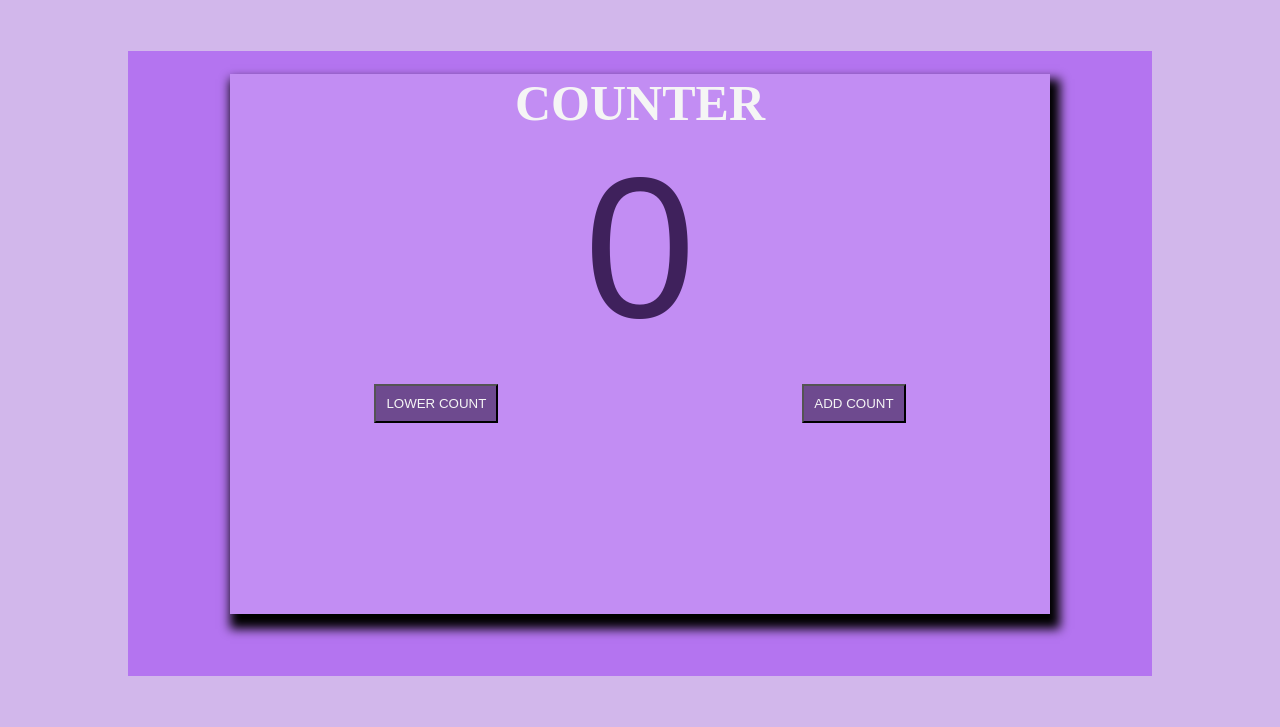
Repository: AnahitKhechumyan/Counter
Page: index.html
An editor plug-in stored every save of this project. The page is shown before and after the next save, followed by the edit.
The browser window is 1280 px wide. The pictures show the whole page.

Above is the page before, as saved 2022-02-14 19:06:24.
Console error: TypeError: Cannot set properties of null (setting 'innerHTML')

After the next save:
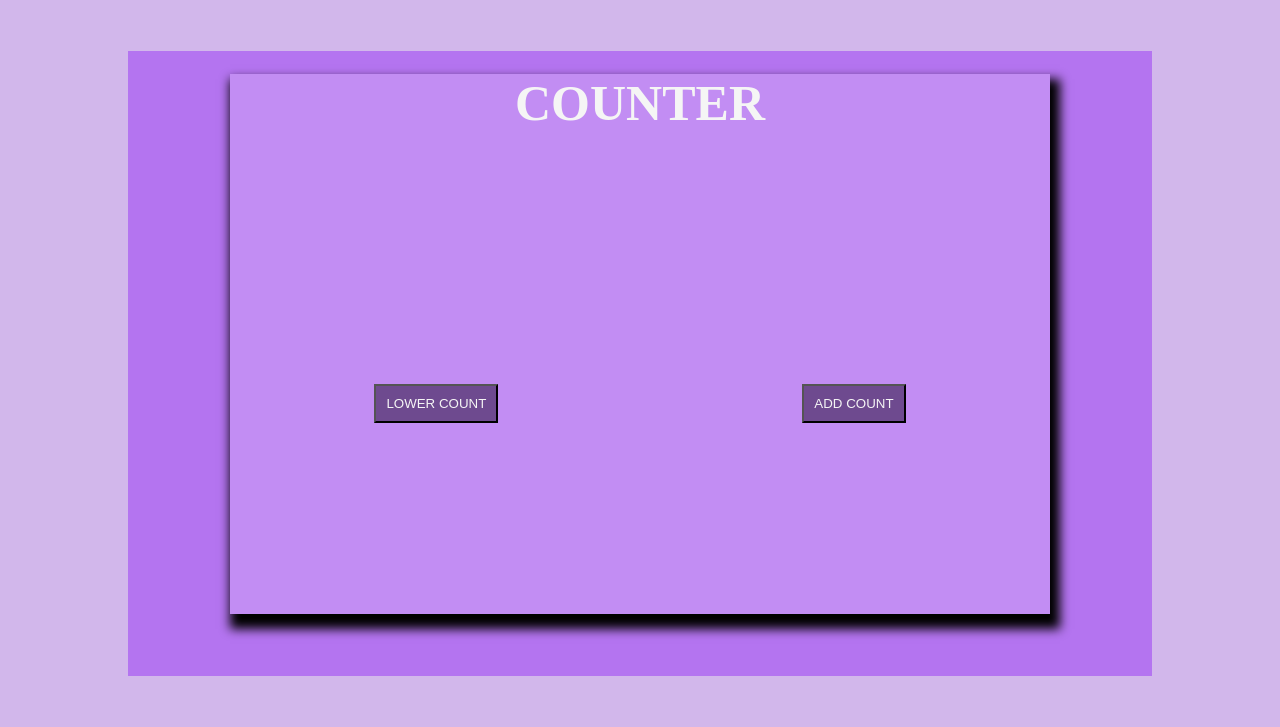
Saved 45 s later.
--- a/index.html
+++ b/index.html
@@ -12,7 +12,7 @@
     <div class="container">
         <div class="main">
             <div class="header">COUNTER</div>
-            <input class= "counter-display" type= "text" value = "0"/>
+            <input class= "counter-display" type= "text" />
             <div class = "change">
                  <button id ="decrement" type="button">LOWER COUNT</button>
                  <button id ="increment" type="button">ADD COUNT</button>
